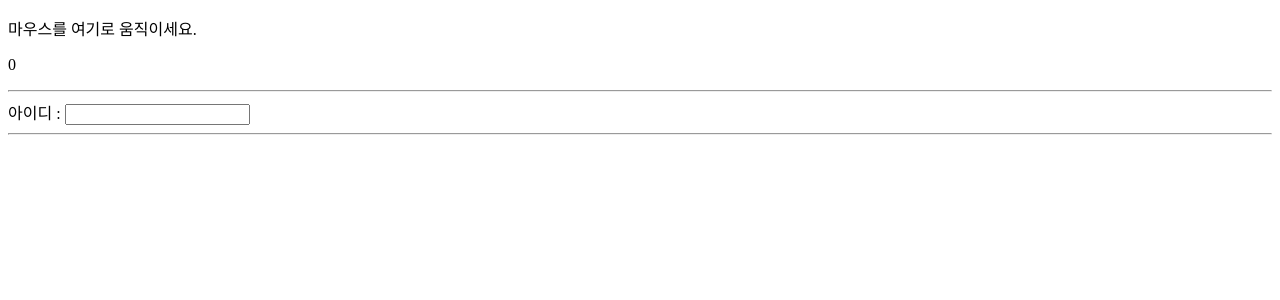
Repository: gpqls12321/public
Page: javascript_jquery/WebContent/jQuery_ex02.html
The author's editor kept a copy of each file at every save. The page is drawn from the files as they stood at one save, then again after the next save.
The browser window is 1280 px wide. The pictures show the whole page.

Above is the page before, as saved 2021-04-15 02:22:03.

### javascript_jquery/WebContent/jQuery_ex02.html
<!DOCTYPE html>
<html>
<head>
<meta charset="UTF-8">
<title>Insert title here</title>
<script type="text/javascript" src="js/jQuery3.x/jquery-3.6.0.js"></script>
<script type="text/javascript">

	$(document).ready(function() {
		var i = 0;

		$("div.out").mouseover(function() {
			$("p:first", this).text("mouse over");
			$("p:last", this).text(++i); // text()안에 메서드, 문자열, 산수 가능
		});

		$("input").focus(function() {
			$(this).css("background-color", "yellow");
		});

		$("input").blur(function() {
			$(this).css("background-color", "#fff"); //아이디 중복체크할 때 사용. 다른 곳으로 이동하면 "사용가능한 아이디입니다." 이런식으로 뜨게
		});

		$(document).mouseover(function(e) { // function(e) : 콜백함수
			$("#log").text("e.pageX: " + e.pageX + ", e.pageY : " + e.pageY);
		});
	});
</script>
</head>
<body>
	<div class="out">
		<p>마우스를 여기로 움직이세요.</p>
		<p>0</p>
	</div>

	<hr>
	아이디 : <input type="text" name="userid">
	<hr>
	<div id="log"></div>

</body>
</html>

Loaded but not shown: javascript_jquery/WebContent/js/jQuery3.x/jquery-3.6.0.js (library)

After the next save:
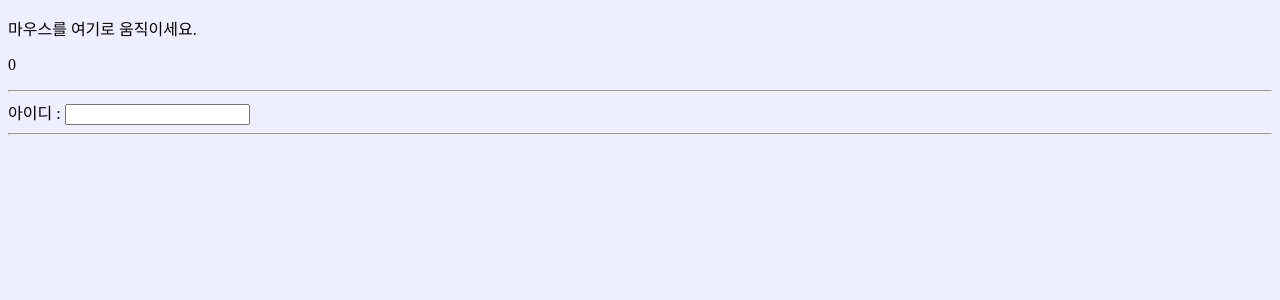
Saved 56 s later.
--- a/javascript_jquery/WebContent/jQuery_ex02.html
+++ b/javascript_jquery/WebContent/jQuery_ex02.html
@@ -3,6 +3,11 @@
 <head>
 <meta charset="UTF-8">
 <title>Insert title here</title>
+<style type="text/css">
+	body {
+		background-color: #eef;
+	}
+</style>
 <script type="text/javascript" src="js/jQuery3.x/jquery-3.6.0.js"></script>
 <script type="text/javascript">
 
